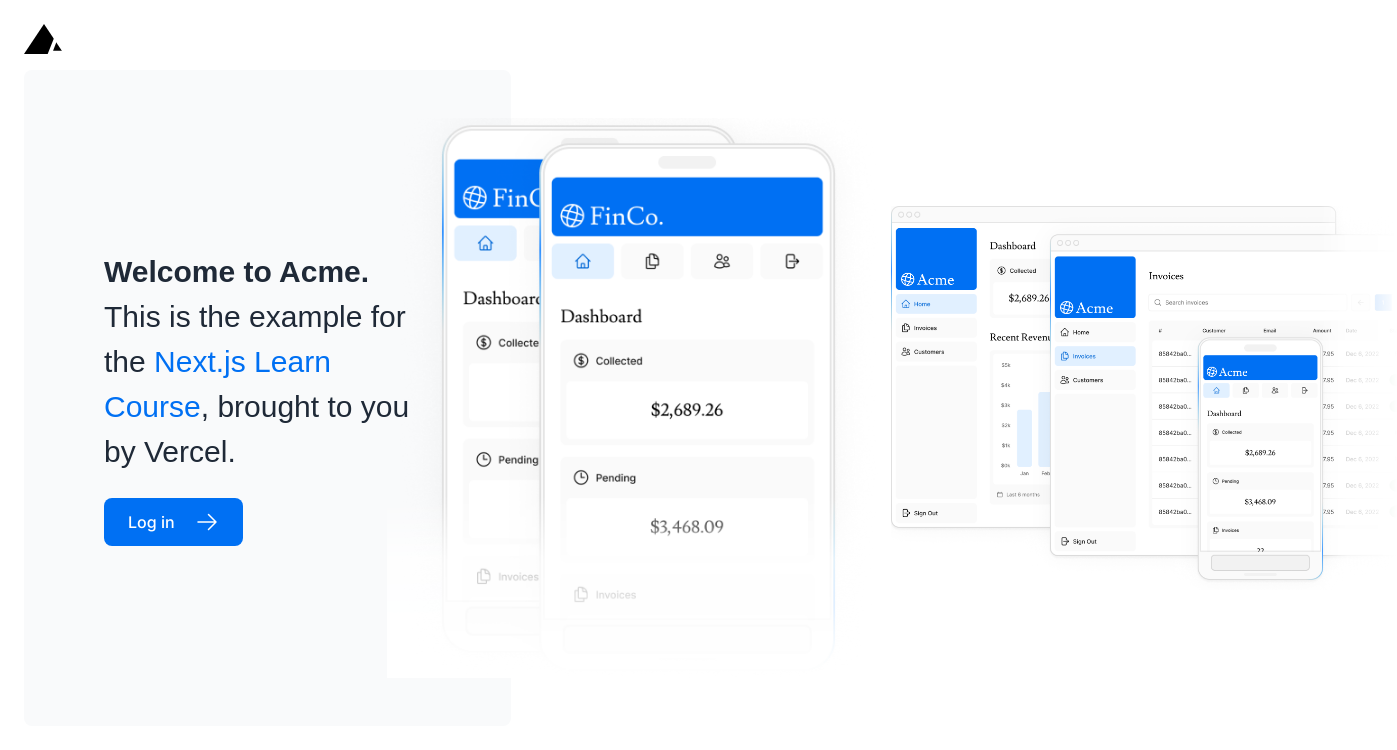
Repository: minzhenyu/nextjs-dashboard
Page: /
An editor plug-in stored every save of this project. The page is shown before and after the next save, followed by the edit.
The browser window is 1280 px wide. The page is 1397 px wide, then 1280 px, so the pictures cover 1397 px, including what lies to the right of the window. The pictures show the whole page.
Some web fonts or font styles are not loaded; a fallback is used. The project was rebuilt for these pictures with package versions that can differ from the ones it lists, and the page was loaded fresh each time. The framework's server and built-in components were replaced by stand-ins that run in the browser. Also part of the build but not shown: next.config.ts.

Above is the page before, as saved 2024-11-22 14:34:49.

### app/layout.tsx
import '@/app/ui/global.css';

import { inter } from '@/app/ui/fonts';
export default function RootLayout({
  children,
}: {
  children: React.ReactNode;
}) {
  return (
    <html lang="en">
       <body className={`${inter.className} antialiased`}>{children}</body>
    </html>
  );
}

### app/page.tsx
import AcmeLogo from '@/app/ui/acme-logo';
import { ArrowRightIcon } from '@heroicons/react/24/outline';
import Link from 'next/link';

import styles from '@/app/ui/home.module.css';

import { lusitana } from '@/app/ui/fonts';

import Image from 'next/image';

export default function Page() {
  return (
    <main className="flex min-h-screen flex-col p-6">
      <div className={styles.shape}>
        <AcmeLogo />
      </div>
      <div className="mt-4 flex grow flex-col gap-4 md:flex-row">
        <div className="flex flex-col justify-center gap-6 rounded-lg bg-gray-50 px-6 py-10 md:w-2/5 md:px-20">
          <p className={`${lusitana.className} text-xl text-gray-800 md:text-3xl md:leading-normal`}>
            <strong>Welcome to Acme.</strong> This is the example for the{' '}
            <a href="https://nextjs.org/learn/" className="text-blue-500">
              Next.js Learn Course
            </a>
            , brought to you by Vercel.
          </p>
          <Link
            href="/login"
            className="flex items-center gap-5 self-start rounded-lg bg-blue-500 px-6 py-3 text-sm font-medium text-white transition-colors hover:bg-blue-400 md:text-base"
          >
            <span>Log in</span> <ArrowRightIcon className="w-5 md:w-6" />
          </Link>
        </div>
        <div className="flex items-center justify-center p-6 md:w-3/5 md:px-28 md:py-12">
        <img
  src="/hero-mobile.png"
  alt="Screenshots of the dashboard project showing desktop version"
/>
            <Image
            src="/hero-desktop.png"
            width={1000}
            height={760}
            className="hidden md:block"
            alt="Screenshots of the dashboard project showing desktop version"
          />
        </div>
      </div>
    </main>
  );
}

### app/ui/fonts.ts
import { Inter, Lusitana } from 'next/font/google';

export const inter = Inter({ subsets: ['latin'] });
export const lusitana = Lusitana({ subsets: ['latin'],weight: ['400','700'] });

Loaded but not shown: app/ui/global.css (common file); app/ui/acme-logo.tsx (common file); app/ui/home.module.css (common file); tailwind.config.ts (common file)

After the next save:
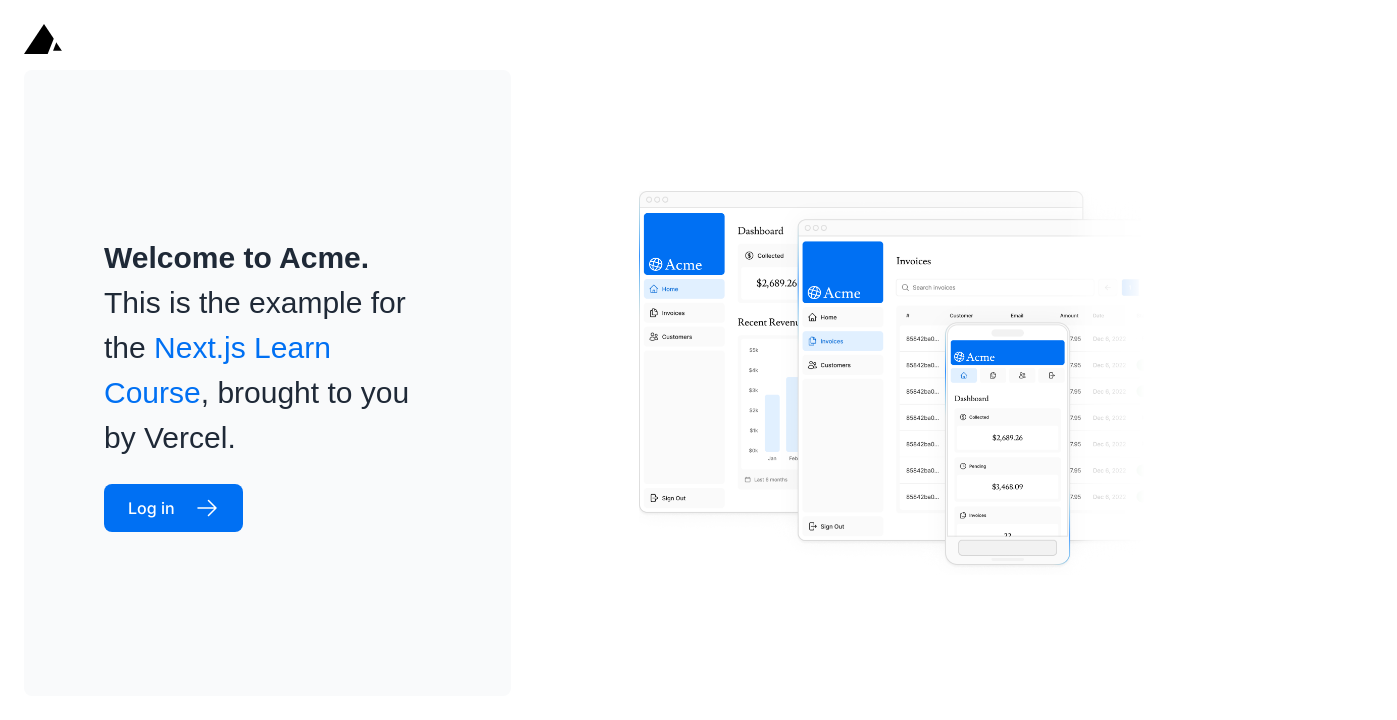
Saved 6 s later.
--- a/app/page.tsx
+++ b/app/page.tsx
@@ -31,10 +31,6 @@
           </Link>
         </div>
         <div className="flex items-center justify-center p-6 md:w-3/5 md:px-28 md:py-12">
-        <img
-  src="/hero-mobile.png"
-  alt="Screenshots of the dashboard project showing desktop version"
-/>
             <Image
             src="/hero-desktop.png"
             width={1000}
